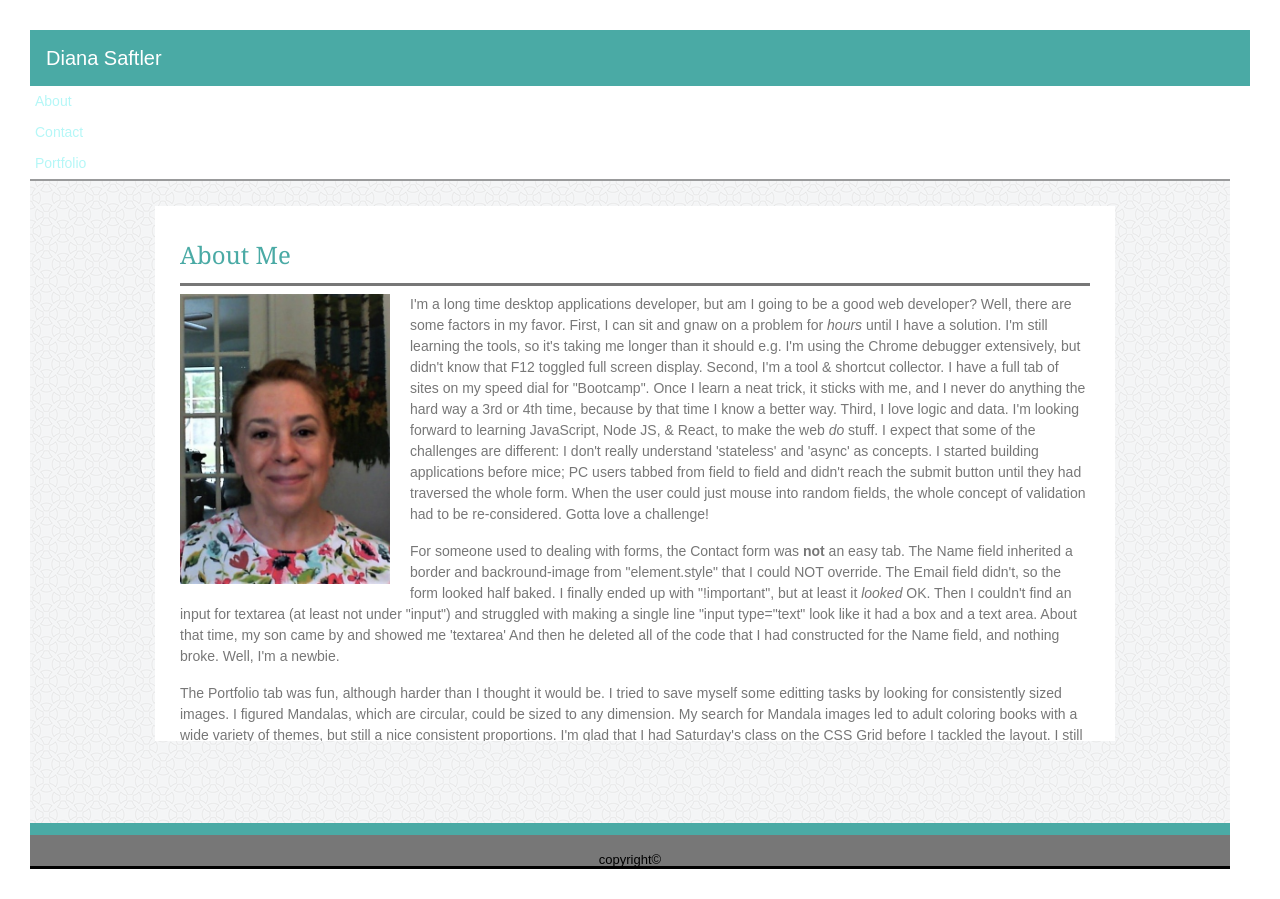
Repository: dsaftler/Bootstrap-Portfolio
Page: index.html
These files come from the project's save history. The page is drawn as it stood at one moment and after the next save; the edit follows.
The browser window is 1280 px wide. The pictures show the whole page.
An inner scrolling area shows only its first screen.

Above is the page before, as saved 2019-03-20 18:07:06.

### index.html
<!DOCTYPE html>
<html lang="en">
<head>
    <title>Diana Saftler Portfolio</title>
    <meta name="viewport" content="width=device-width, initial-scale=1, shrink-to-fit=no">
    <link rel="stylesheet" href="https://maxcdn.bootstrapcdn.com/bootstrap/4.0.0/css/bootstrap.min.css" integrity="sha384-Gn5384xqQ1aoWXA+058RXPxPg6fy4IWvTNh0E263XmFcJlSAwiGgFAW/dAiS6JXm" crossorigin="anonymous">
    <link rel="stylesheet" href="assets/css/style.css">
    <link rel="icon" href="assets/images/Peony.jpg" type="image/jpg" sizes="16x16">
    <meta charset="UTD-8">
</head>
<body>

  <nav class="navbar navbar-expand-lg" style="background-color: #4aaaa5; color:rgb(181, 247, 247)">
    <a class="navbar-brand" style="color: white" href="#">Diana Saftler</a></nav>
    <div class="navbar-nav mr-auto">
      <ul class="nav navbar-nav">
        <li><a style="color: rgb(181, 247, 247)" href="index.html">About</a></li>
        <li><a style="color: rgb(181, 247, 247)"  href="contact.html">Contact</a></li>
        <li><a style="color: rgb(181, 247, 247)"  href="portfolio.html">Portfolio</a></li>
      </ul>
    </div>




        <!-- <ul>
            <li><a href="index.html">About</a></li>
            <li><a href="contact.html">Contact</a></li>
            <li><a href="portfolio.html">Portfolio</a></li>
        </ul> -->

    <div class="bg-pattern">
        <div class="center-panel">
                <h2>About Me</h2>
            <img class="image_about" src="assets/images/photo.jpg" alt="in my office">
            <p>I'm a long time desktop applications developer, but am I going to be a good web developer?  Well, there are some factors in my favor.  First, I can sit and gnaw on a problem for <em>hours</em> until I have a solution.  I'm still learning the tools, so it's taking me longer than it should e.g. I'm using the Chrome debugger extensively, but didn't know that F12 toggled full screen display. Second, I'm a tool & shortcut collector.  I have a full tab of sites on my speed dial for "Bootcamp".  Once I learn a neat trick, it sticks with me, and I never do anything the hard way a 3rd or 4th time, because by that time I know a better way.  Third, I love logic and data.  I'm looking forward to learning JavaScript, Node JS, & React, to make the web <em>do</em> stuff.  I expect that some of the challenges are different: I don't really understand 'stateless' and 'async' as concepts.  I started building applications before mice;  PC users tabbed from field to field and didn't reach the submit button until they had traversed the whole form.  When the user could just mouse into random fields, the whole concept of validation had to be re-considered. Gotta love a challenge!
            </p>
            <p>For someone used to dealing with forms, the Contact form was <strong>not</strong> an easy tab. The Name field inherited a border and backround-image from "element.style" that I could NOT override. The Email field didn't, so the form looked half baked.  I finally ended up with "!important", but at least it <em>looked</em> OK.  Then I couldn't find an input for textarea (at least not under "input") and struggled with making a single line "input type="text" look like it had a box and a text area.  About that time, my son came by and showed me 'textarea'  And then he deleted all of the code that I had constructed for the Name field, and nothing broke. Well, I'm a newbie. </p>
            <p>The Portfolio tab was fun, although harder than I thought it would be.  I tried to save myself some editting tasks by looking for consistently sized images.  I figured Mandalas, which are circular, could be sized to any dimension.  My search for Mandala images led to adult coloring books with a wide variety of themes, but still a nice consistent proportions. I'm glad that I had Saturday's class on the CSS Grid before I tackled the layout.  I still had trouble getting the images to wrap left, but once I got that solved  with 2 images, it was easy to do them all without even needing rows.  I also added hover, 'tool tips', and links to the full sized images.  Print some out and spend some time with your crayolas!</p>


        </div>
    </div>
    <footer>copyright&copy</footer>
</body>
</html>

### Assets/CSS/style.css
* {
    box-sizing: border-box;
}

body {
    font-size: 14px;
    font-family: Arial, "Helvetica Neue", Helvetica, sans-serif;
    background-color: #ffffff;
    padding: 30px;
    color:  #777777;

}
header{
    left: 80px;
    background-color: #ffffff;
    height: 25px;
    width: 1200px;
}
footer {
    color: black;
    font-size: small;
    text-align: center;
    padding: 15px;
    clear: both;
    background-color: #777777;
    height: 40px;
    width: 1200px;
    border-style: solid;
    border-top-color: #4aaaa5;
    border-top-width: 6px;
    border-left-width: 0;
    border-right-width: 0;
}
p {
    padding: 0 0 10 0;
}

.bg-pattern {
    clear: both;
  /* margin-top: 40px; */
  padding: 50px;
  padding-top: 5px;
  /* background-color: #b1f3f3;  */
  height: 650px;
  width: 1200px;

  background-image: url("../images/circles-light.png");
  border-style: solid;
  border-top-color: #999a9b;
  border-top-width: 2px;
  border-left-width: 0;
  border-right-width: 0;
  border-bottom-color: #4aaaa5;
  border-bottom-width: 6px;

}

.center-panel {
    clear: both;
    display: inline-block;
    /* position: absolute; */
    top: 150px;
    right: 0;
    bottom: 0;
    left: 0;
    margin-left: 75px;
    margin-top: 20px;
    width: 960px;
    height: 535px;
    background-color: #ffffff;
    padding: 25px;
    overflow: auto;
    z-index: 1;

}

ul {
    list-style-type: none;
    margin: 0;
    padding: 0;
}

li a {
    display: block;
    width: 60 px;
}



ul {
    list-style-type: none;
    margin: 0;
    padding: 0;
    float: right;
    width: 175px;
}

li { display: inline-block; }

li a {
    color: #777777;
    text-decoration: none;
    padding: 5px;
}

li a:hover {
    background-color: #4aaaa5;
    color: white;

}
h1, h2 {font-family: Georgia, Times, "Times New Roman", serif;}
h1 {
    float: left;
    box-shadow: 10px 0px 0px 0px #4aaaa5, -10px 0px 0px 0px #4aaaa5;

    height: 65px;
    /* width: 200px; */

    top: 0;
    margin: 0;
    margin-left: 135px;

    background-color: #4aaaa5;
    color: white;
    font-size: 30px;
    text-align: center;
    padding: 10px 0;
    /* padding: 10px; */
}

h2 {
    font-size: 24px;
    margin-top: 10px;
    color: #4aaaa5;
    padding-bottom: 13px;
    border-bottom: 3px solid #777777;
}
h4 { margin: 3px}


.image_about {
    float: left;
    padding-right: 20px;
    padding-bottom: 20px;
    width: 230px;
    height: 310px;
}

input[type="text"] {
    width : 450px;
    margin: 0;
    padding: 2px;
    padding-left: 10px;
    -webkit-box-sizing: border-box; /* For legacy WebKit based browsers */
       -moz-box-sizing: border-box; /* For legacy (Firefox <29) Gecko based browsers */
            box-sizing: border-box;
}

.textbox {
    border:1px solid  #777777;
    padding: 10px;
    width: 650;
    height: 175px;
    font-size: 13.33px;
    font-family: Arial, Helvetica, sans-serif;
}
.submit {
    display: block;
    width: 60px;
    height: 29px;
    background-color: #4aaaa5;
    color: #ffffff;
    font-weight: bold;
}
.portfolio {
    max-width:100%;
    max-height: 100%
   }
.content {
    padding: 6px;
    float: left;
}

.row {
    margin: 0;
    height: 225px;
}
.row,
.row > .column {
    padding: 5 px;
}
.col {
   float:left;
    height: 225px;
     width: 25%;
     margin: 0;
}
.row:after {
    content: "";
    display: table;
    clear: both;
}
.gallery {
    border: 2px solid #4aaaa5;
    padding: 10px;
    height: 200px;
    width: 200px;
}
.gallery:hover {
    border-color: #06faee;
}
.box {
    height:150px;
    border: solid;
    border-width: 1px;

}
/* portfolio page */

.work {
    position: relative;
    float: left;
    width: 274px;
    margin: 20px 0 25px;
    overflow: auto;
  }

  .work:nth-child(even) {
    margin-right: 40px;
  }

  .work img {
    width: 100%;
    border: 0 none;
    opacity: 0.8;
  }

  .work h3 {
    position: absolute;
    bottom: 20px;
    width: 100%;
    padding: 15px;
    margin-bottom: 0;
    font-weight: 300;
    line-height: 30px;
    color: #ffffff;
    text-align: center;
    background: #4aaaa5;
    border-bottom: 0;
  }

  .auth-image {
    float: left;
    width: 200px;
    height: auto;
    margin-top: 10px;
    margin-right: 25px;
  }
  #masthead {
    position: fixed;
    z-index: 99;
    width: 100%;
    margin: 0 0 30px;
    overflow: auto;
    color: #ffffff;
    background: #ffffff;
    border-bottom: 2px solid #cccccc;
  }

  #logo {
    float: left;
    width: 250px;
    height: 90px;
    font-family: Georgia, Times, "Times New Roman", serif;
    font-size: 30px;
    font-weight: 700;
    line-height: 90px;
    color: #ffffff;
    text-align: center;
    text-decoration: none;
    background: #4aaaa5;
  }
  #main-container {
    padding-top: 130px;
    min-height: calc(100vh - 70px);
  }

  .main-section {
    float: left;
    width: 100%;
    max-width: 960px;
    padding: 30px;
    margin: 0 0 40px;
    background: #ffffff;
    border: 1px solid #dddddd;
  }

After the next save:
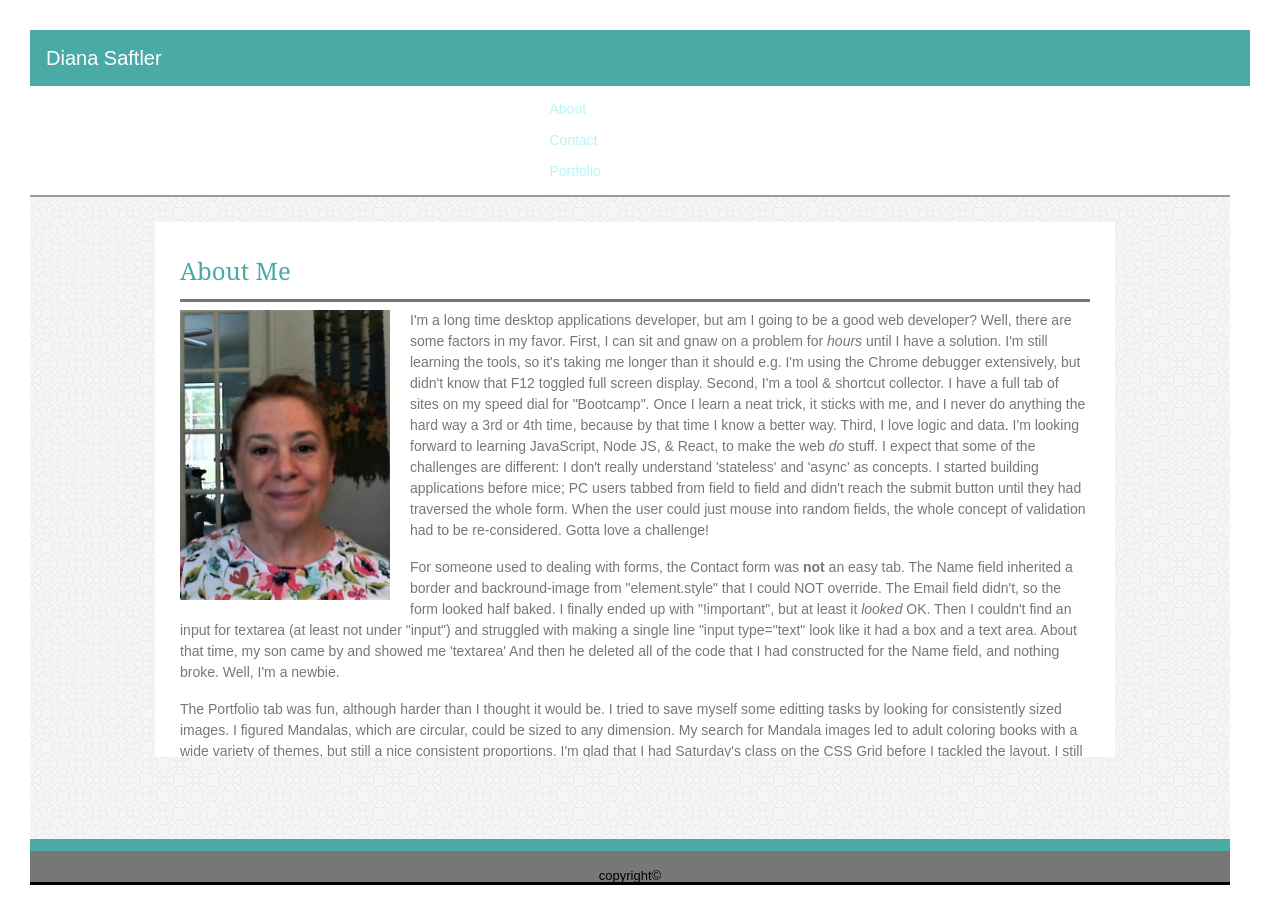
Saved 30 s later.
--- a/index.html
+++ b/index.html
@@ -12,7 +12,7 @@
 
   <nav class="navbar navbar-expand-lg" style="background-color: #4aaaa5; color:rgb(181, 247, 247)">
     <a class="navbar-brand" style="color: white" href="#">Diana Saftler</a></nav>
-    <div class="navbar-nav mr-auto">
+    <div class="navbar navbar-nav mr-auto">
       <ul class="nav navbar-nav">
         <li><a style="color: rgb(181, 247, 247)" href="index.html">About</a></li>
         <li><a style="color: rgb(181, 247, 247)"  href="contact.html">Contact</a></li>
